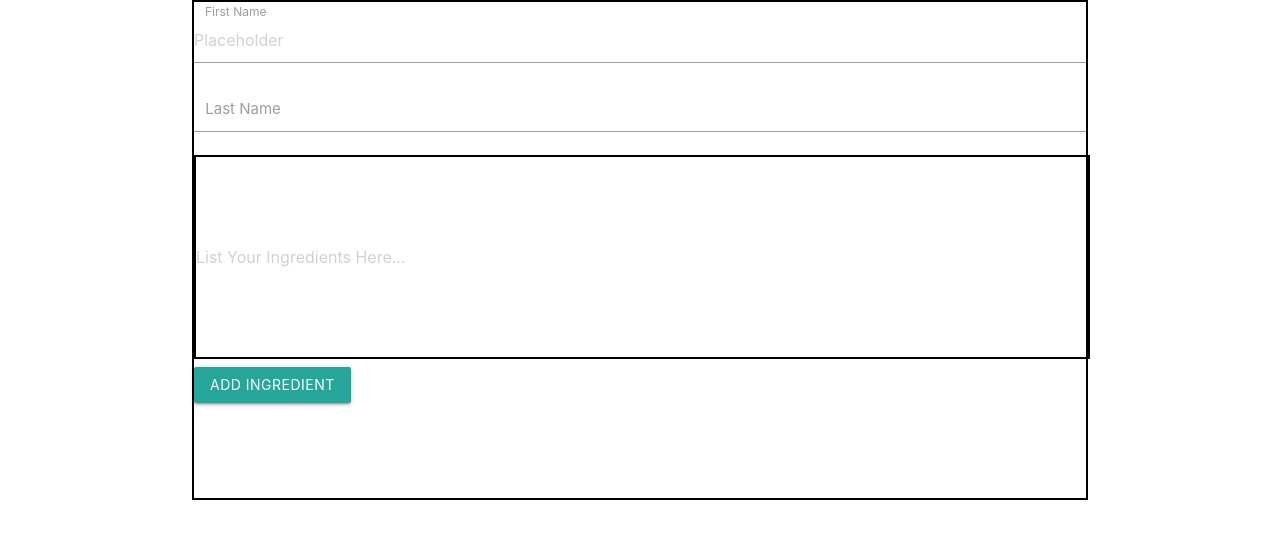
Repository: Aaron-R-Carter/Project1
Page: prototype.html
These files come from the project's save history. The page is drawn as it stood at one moment and after the next save; the edit follows.
The browser window is 1280 px wide. The pictures show the whole page.

Above is the page before, as saved 2019-10-31 21:03:51.
Console error: SyntaxError: Unexpected token '<'

### prototype.html
<!DOCTYPE html>
<html>

<head>
    <!--Import Google Icon Font-->
    <link href="https://fonts.googleapis.com/icon?family=Material+Icons" rel="stylesheet">
    <!--Import materialize.css-->
    <link rel="stylesheet" href="https://cdnjs.cloudflare.com/ajax/libs/materialize/1.0.0/css/materialize.min.css">
    <link rel="stylesheet" href="./prototype.css">
    <!--Let browser know website is optimized for mobile-->
    <meta name="viewport" content="width=device-width, initial-scale=1.0" />

</head>

<body>

    <div class="container">
        <div id="form-page" c>

                <div class="input-field col s6">
                        <input placeholder="Placeholder" id="first_name" type="text" class="validate">
                        <label for="first_name">First Name</label>
                      </div>
                      <div class="input-field col s6">
                        <input id="last_name" type="text" class="validate">
                        <label for="last_name">Last Name</label>
                      </div>
        <form id="ingredient-form">

            <input type="text" id="ingredient-input" placeholder="List Your Ingredients Here...">

            <!-- Button will trigger new ingredient to be added -->
            <input id="add " class="btn btn-primary mb-2" type="submit" value="add ingredient">
        </form>

        <div id="ingredient-view-button"></div>
        </div>
    </div>



    <script src="https://code.jquery.com/jquery-3.4.1.min.js"
        integrity="sha256-CSXorXvZcTkaix6Yvo6HppcZGetbYMGWSFlBw8HfCJo=" crossorigin="anonymous"></script>
    <script src="https://cdnjs.cloudflare.com/ajax/libs/materialize/1.0.0/js/materialize.min.js"></script>
    <script src="./script.js"></script>

</body>

</html>

### prototype.css
#form-page {
    width: 100%;
    height: 500px;
    border: 2px solid black;
}

#ingredient-input {
    width: 100%;
    height: 200px;
    border: 2px solid black;
}

### script.js

    <div id="left-box">
    <form id="ingredient-form">
        <label for="ingredient-input">List of Ingredients:</label>
        <br>
        <input type="text" id="ingredient-input" placeholder="Ingredients">

        <!-- Button will trigger new ingredients to be added -->
        <input id="add " class="btn btn-primary mb-2" type="submit" value="Add a zipcode">
    </form>

    <div id="zipcode-view"></div>
</div>

After the next save:
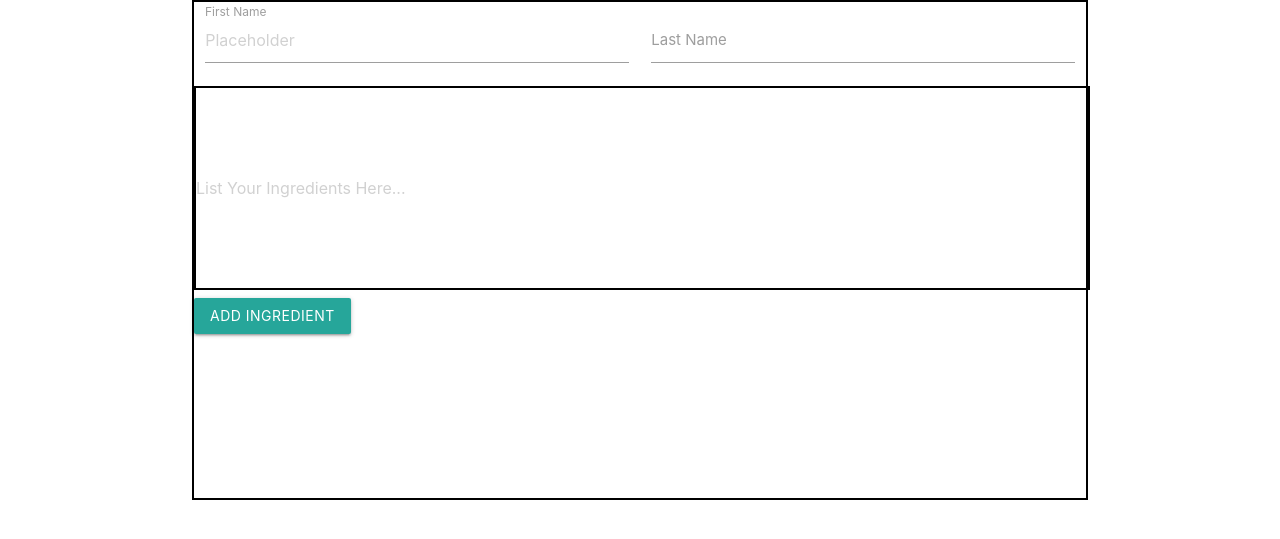
Saved 4 s later.
--- a/prototype.html
+++ b/prototype.html
@@ -15,7 +15,7 @@
 <body>
 
     <div class="container">
-        <div id="form-page" c>
+        <div id="form-page" class="row">
 
                 <div class="input-field col s6">
                         <input placeholder="Placeholder" id="first_name" type="text" class="validate">
